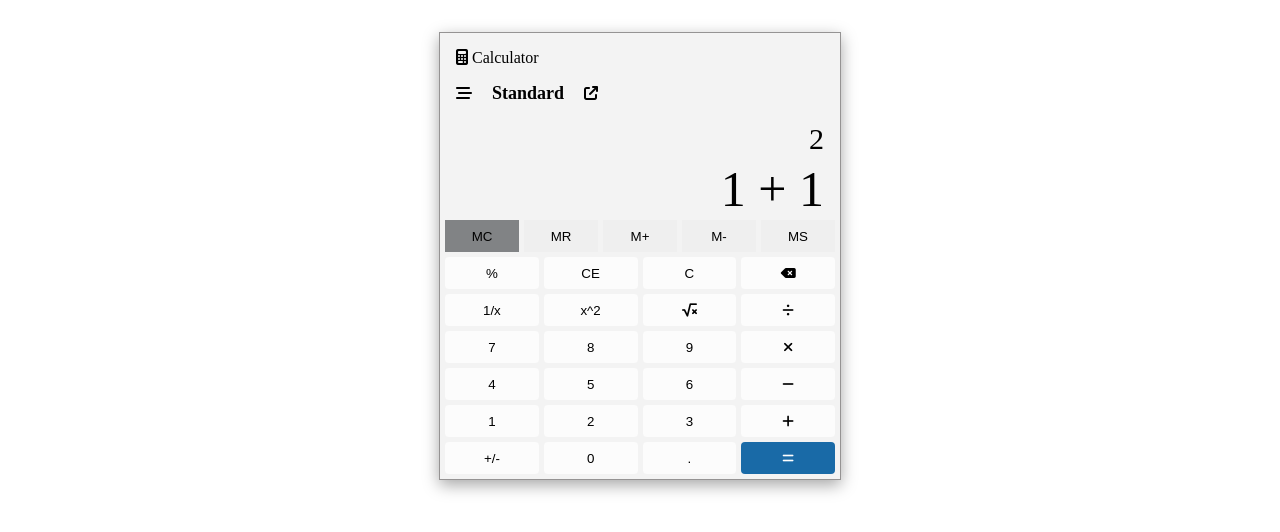
Repository: tungts3qb/Javascript
Page: Calculator/Calculator.html
These files come from the project's save history. The page is drawn as it stood at one moment and after the next save; the edit follows.
The browser window is 1280 px wide. The pictures show the whole page.
The pointer rests on the first visible `.btn-special-fun`.

Above is the page before, as saved 2022-12-26 20:57:15.

After the next save:
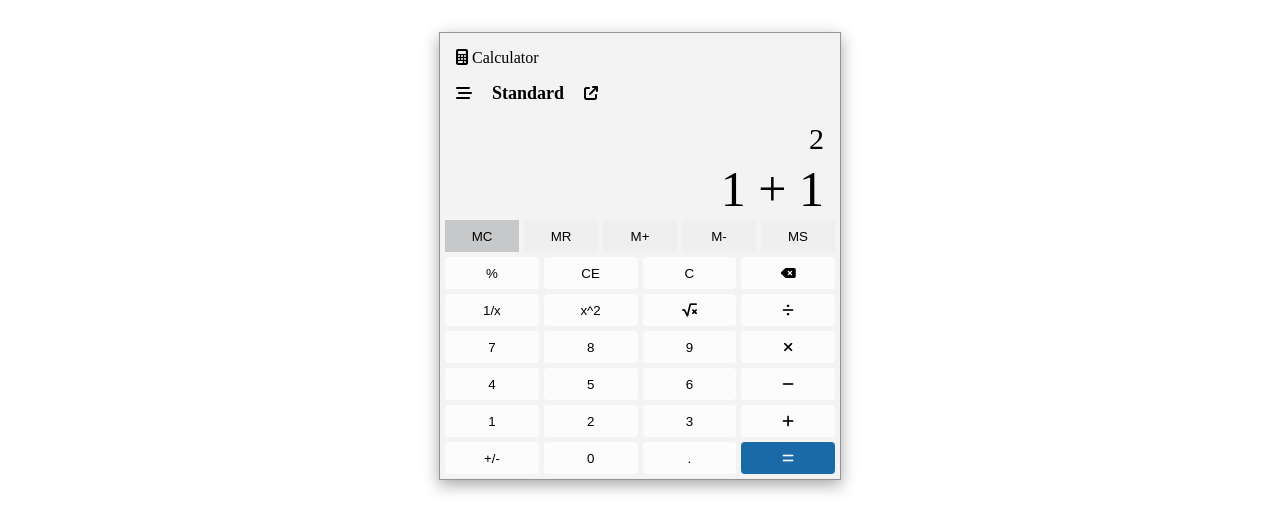
Saved 7 s later.
--- a/Calculator/style.css
+++ b/Calculator/style.css
@@ -105,6 +105,6 @@
 }
 
 .btn-special-fun:hover {
-  background-color: #818385;
+  background-color: #c7c8c9;
   cursor: pointer;
 }
